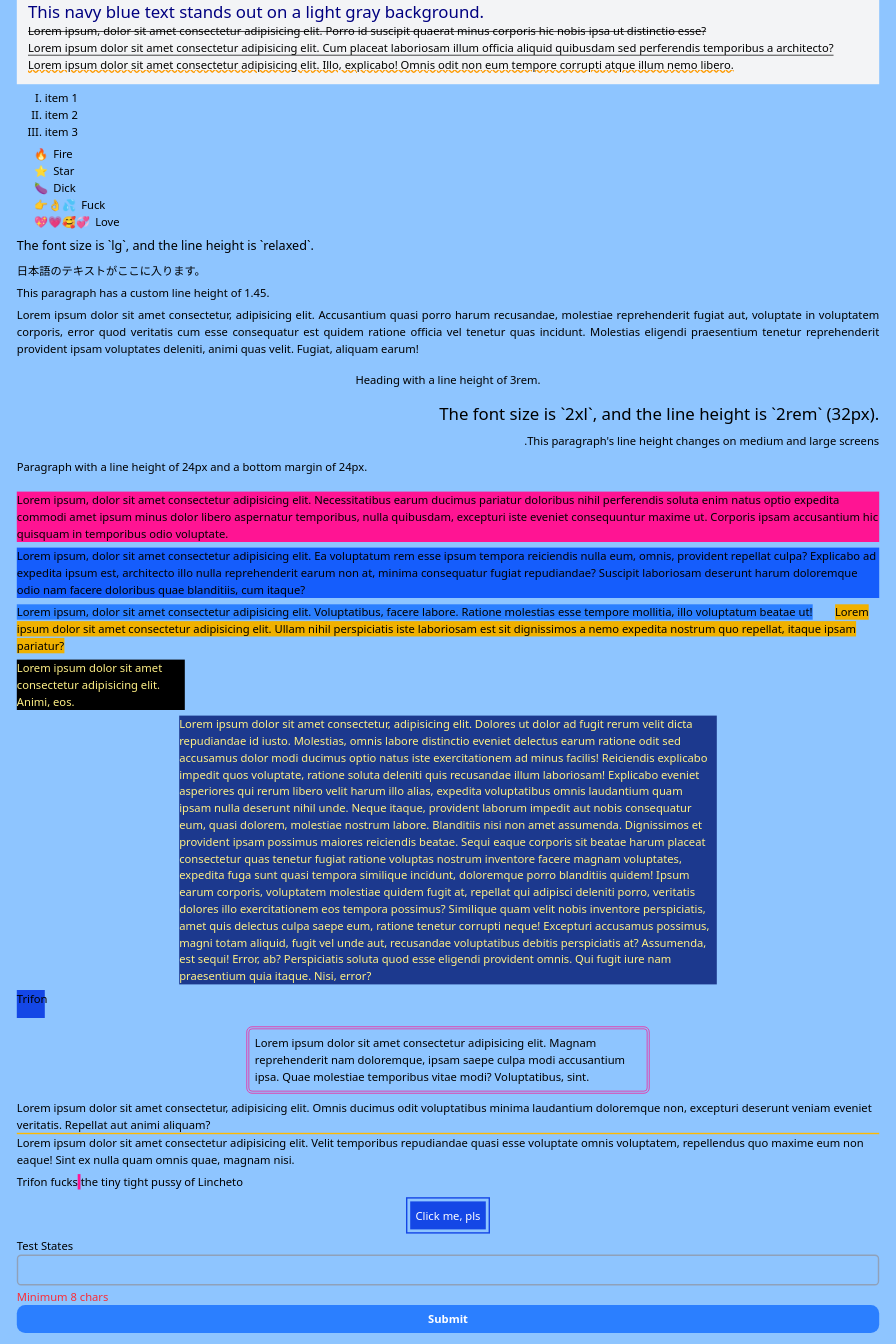
Repository: DinTri/TailwindCss
Page: index.html
These files come from the project's save history. The page is drawn as it stood at one moment and after the next save; the edit follows.
The browser window is 1280 px wide. The pictures show the part of the page from y = 746 to 2666 px (the page is 2666 px tall), at 70% of full size.
Some web fonts or font styles are not loaded; a fallback is used.

Above is the page before, as saved 2025-06-11 23:00:53.

### index.html
<!DOCTYPE html>
<html lang="en">
  <head>
    <meta charset="UTF-8">
    <meta name="viewport" content="width=device-width, initial-scale=1">
    <title>Play with Tailwind</title>
    <link rel="preconnect" href="https://fonts.googleapis.com">
<link rel="preconnect" href="https://fonts.gstatic.com" crossorigin>
<link href="https://fonts.googleapis.com/css2?family=Edu+VIC+WA+NT+Hand+Pre:wght@400..700&display=swap" rel="stylesheet">
    <link rel="stylesheet" href="style.css">
    </head>
  <body class="h-screen bg-blue-300">
    <div class="m-2 p-4 space-y-2">
      <section class="text-center py-6">
  <h1 class="text-5xl leading-tight font-bold">
    Welcome to Our Product
  </h1>
  <p class="text-xl leading-relaxed mt-4">
    Discover features that will change the way you work.
  </p>
</section>
<div class="product-description">
  <h2 class="text-2xl leading-snug">
    Product Features
  </h2>
  <ul class="list-disc pl-5 leading-normal">
    <li>High-quality materials</li>
    <li>Innovative design</li>
    <li>Exceptional performance</li>
  </ul>
</div>
<form class="max-w-md mx-auto">
  <label id="testLabel" class="block text-sm leading-tight mb-2">
    Email Address
  </label>
  <input type="email" aria-labelledby="testLabel" class="w-full border rounded px-3 py-2 mb-4">
  <small class="block text-xs leading-snug text-gray-600">
    We'll never share your email with anyone else.
  </small>
</form>
    <p class="text-3xl leading-none">Lorem ipsum dolor sit amet consectetur adipisicing elit. Nulla, aliquam cupiditate! Blanditiis ipsum, voluptas necessitatibus vel eos suscipit nam possimus ducimus magni consequuntur earum numquam. Omnis ut voluptatum aliquam, architecto sed ad, velit magnam voluptate delectus, a maxime minima at ullam temporibus?</p>
    <p class="text-base leading-normal font-[var(--font-extbold)]">
  This text scales smoothly with font size changes.
</p>
<h1 class="text-4xl leading-10 text-right">
  Precise Heading Alignment
</h1>
<p class="text-2xl font-medium text-[var(--color-deeppink)]">
  This text is deep pink!
</p>
<div class="bg-black p-4">
<p class="text-2xl text-[var(--color-turquoise)]">
  This text uses a custom turquoise color!
</p>
</div>
<div class="bg-gray-100 p-4">
  <p class="text-[#000080] text-2xl">
    This navy blue text stands out on a light gray background.
  </p>
  <p class="line-through">Lorem ipsum, dolor sit amet consectetur adipisicing elit. Porro id suscipit quaerat minus corporis hic nobis ipsa ut distinctio esse?</p>
  <p class="underline underline-offset-4">Lorem ipsum dolor sit amet consectetur adipisicing elit. Cum placeat laboriosam illum officia aliquid quibusdam sed perferendis temporibus a architecto?</p>
  <p class="underline decoration-amber-500 decoration-wavy">Lorem ipsum dolor sit amet consectetur adipisicing elit. Illo, explicabo! Omnis odit non eum tempore corrupti atque illum nemo libero.</p>
</div>
<ul class="list-[upper-roman] p-[revert]">
  <li>item 1</li>
  <li>item 2</li>
  <li>item 3</li>
</ul>
<ul class="list-emoji pl-6">
  <li class="before:content-['🔥'] before:mr-2">Fire</li>
  <li class="before:content-['⭐'] before:mr-2">Star</li>
  <li class="before:content-['🍆'] before:mr-2">Dick</li>
  <li class="before:content-['👉👌💦'] before:mr-2">Fuck</li>
  <li class="before:content-['💖💗🥰💞'] before:mr-2">Love</li>
</ul>
<p class="text-lg/relaxed">
  The font size is `lg`, and the line height is `relaxed`.
</p>
<p class="leading-relaxed" lang="ja">
  日本語のテキストがここに入ります。
</p>
<p class="leading-[1.45]">
  This paragraph has a custom line height of 1.45.
</p>
<p class="text-justify">Lorem ipsum dolor sit amet consectetur, adipisicing elit. Accusantium quasi porro harum recusandae, molestiae reprehenderit fugiat aut, voluptate in voluptatem corporis, error quod veritatis cum esse consequatur est quidem ratione officia vel tenetur quas incidunt. Molestias eligendi praesentium tenetur reprehenderit provident ipsam voluptates deleniti, animi quas velit. Fugiat, aliquam earum!</p>
<h1 class="leading-[3rem] text-center">
  Heading with a line height of 3rem.
</h1>
<p class="text-2xl/8 text-end">
  The font size is `2xl`, and the line height is `2rem` (32px).
</p>
<p class="leading-normal md:leading-relaxed lg:leading-loose text-start" dir="rtl">
  This paragraph's line height changes on medium and large screens.
</p>
<p class="text-base leading-6 mb-6">
  Paragraph with a line height of 24px and a bottom margin of 24px.
</p>
<div class="space-y-2">
  <p class="bg-[var(--color-deeppink)]">Lorem ipsum, dolor sit amet consectetur adipisicing elit. Necessitatibus earum ducimus pariatur doloribus nihil perferendis soluta enim natus optio expedita commodi amet ipsum minus dolor libero aspernatur temporibus, nulla quibusdam, excepturi iste eveniet consequuntur maxime ut. Corporis ipsam accusantium hic quisquam in temporibus odio voluptate.</p>
  <p class="bg-blue-600">Lorem ipsum, dolor sit amet consectetur adipisicing elit. Ea voluptatum rem esse ipsum tempora reiciendis nulla eum, omnis, provident repellat culpa? Explicabo ad expedita ipsum est, architecto illo nulla reprehenderit earum non at, minima consequatur fugiat repudiandae? Suscipit laboriosam deserunt harum doloremque odio nam facere doloribus quae blanditiis, cum itaque?</p>
</div>
<div class="space-x-8">
  <span class="bg-blue-500">Lorem ipsum, dolor sit amet consectetur adipisicing elit. Voluptatibus, facere labore. Ratione molestias esse tempore mollitia, illo voluptatum beatae ut!</span><span class="bg-yellow-500">Lorem ipsum dolor sit amet consectetur adipisicing elit. Ullam nihil perspiciatis iste laboriosam est sit dignissimos a nemo expedita nostrum quo repellat, itaque ipsam pariatur?</span>
</div>
<p class="bg-black text-yellow-200 w-60">Lorem ipsum dolor sit amet consectetur adipisicing elit. Animi, eos.</p>
<div class="bg-blue-900 text-yellow-200 max-w-screen-md mx-auto">Lorem ipsum dolor sit amet consectetur, adipisicing elit. Dolores ut dolor ad fugit rerum velit dicta repudiandae id iusto. Molestias, omnis labore distinctio eveniet delectus earum ratione odit sed accusamus dolor modi ducimus optio natus iste exercitationem ad minus facilis! Reiciendis explicabo impedit quos voluptate, ratione soluta deleniti quis recusandae illum laboriosam! Explicabo eveniet asperiores qui rerum libero velit harum illo alias, expedita voluptatibus omnis laudantium quam ipsam nulla deserunt nihil unde. Neque itaque, provident laborum impedit aut nobis consequatur eum, quasi dolorem, molestiae nostrum labore. Blanditiis nisi non amet assumenda. Dignissimos et provident ipsam possimus maiores reiciendis beatae. Sequi eaque corporis sit beatae harum placeat consectetur quas tenetur fugiat ratione voluptas nostrum inventore facere magnam voluptates, expedita fuga sunt quasi tempora similique incidunt, doloremque porro blanditiis quidem! Ipsum earum corporis, voluptatem molestiae quidem fugit at, repellat qui adipisci deleniti porro, veritatis dolores illo exercitationem eos tempora possimus? Similique quam velit nobis inventore perspiciatis, amet quis delectus culpa saepe eum, ratione tenetur corrupti neque! Excepturi accusamus possimus, magni totam aliquid, fugit vel unde aut, recusandae voluptatibus debitis perspiciatis at? Assumenda, est sequi! Error, ab? Perspiciatis soluta quod esse eligendi provident omnis. Qui fugit iure nam praesentium quia itaque. Nisi, error?</div>
<div class="bg-blue-700 size-10 mb-3">Trifon</div>
<p class="max-w-xl mx-auto border-4 border-[#ff1493] border-double rounded-lg p-2">Lorem ipsum dolor sit amet consectetur adipisicing elit. Magnam reprehenderit nam doloremque, ipsam saepe culpa modi accusantium ipsa. Quae molestiae temporibus vitae modi? Voluptatibus, sint.</p>
<div class="divide-y-2 divide-amber-400">
  <p class="">Lorem ipsum dolor sit amet consectetur, adipisicing elit. Omnis ducimus odit voluptatibus minima laudantium doloremque non, excepturi deserunt veniam eveniet veritatis. Repellat aut animi aliquam?</p>
  <p class="">Lorem ipsum dolor sit amet consectetur adipisicing elit. Velit temporibus repudiandae quasi esse voluptate omnis voluptatem, repellendus quo maxime eum non eaque! Sint ex nulla quam omnis quae, magnam nisi.</p>
</div>
<div class="divide-x-4 divide-[#ff1493] mb-4"><span>Trifon fucks</span><span>the tiny tight pussy of Lincheto</span></div>
<button class="outline-2 outline-blue-700 outline-offset-4 p-2 flex items-center justify-center mx-auto bg-blue-700 text-white mb-3 cursor-pointer">Click me, pls</button>
<form class="">
  <div>
  <label for="my">Test States</label>
  <input type="text" id="my" class="w-full border-slate-400 border-2 rounded-md px-3 py-2 mb-1" />
  <p class="text-red-500">Minimum 8 chars</p>
  <button type="submit" class="w-full bg-blue-500 text-white px-3 py-2 cursor-pointer rounded-xl font-semibold">Submit</button>
  </div>
</form>
  </div>
  </body>
</html>

Loaded but not shown: style.css (2230 lines, source omitted)

After the next save:
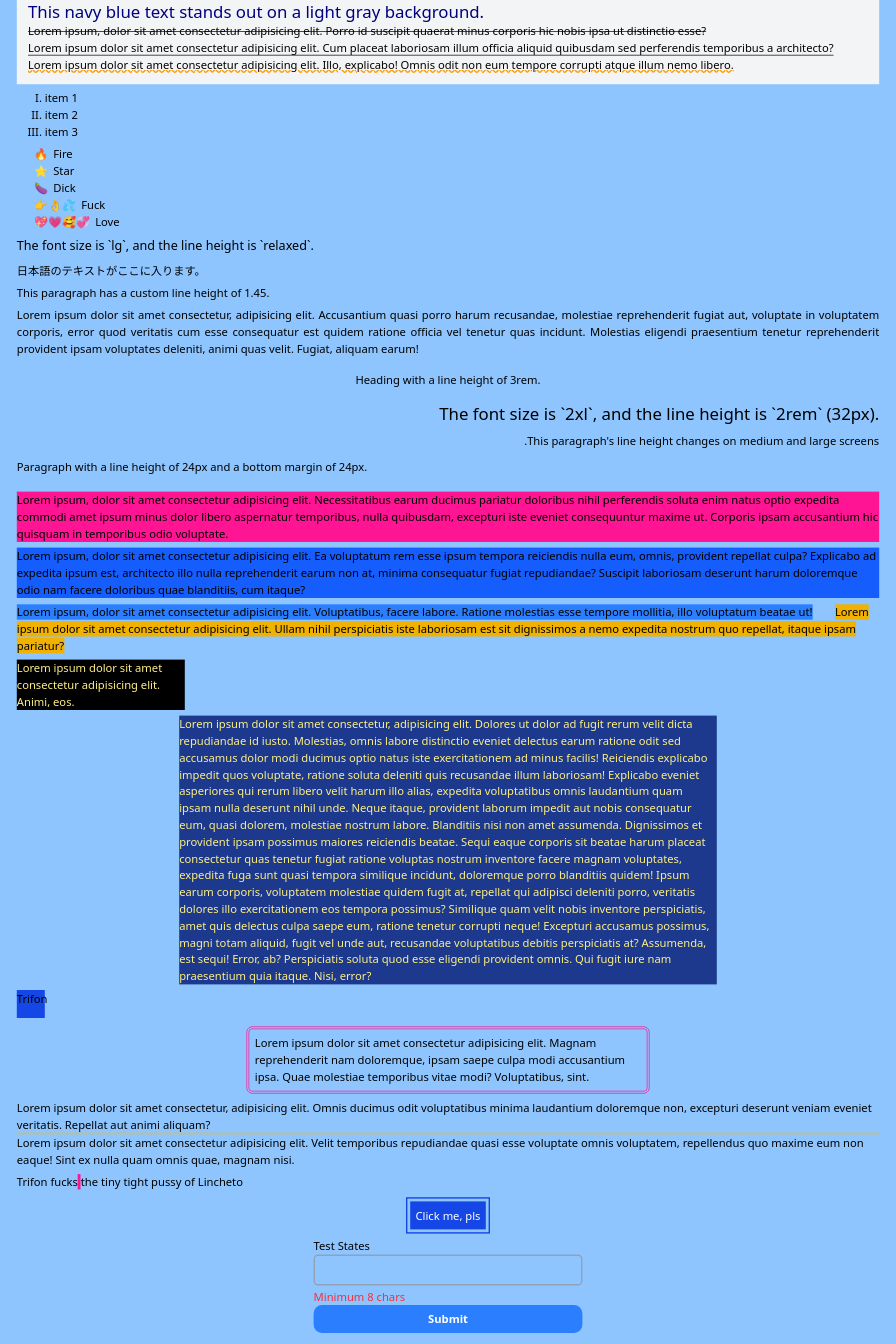
Saved 54 s later.
--- a/index.html
+++ b/index.html
@@ -112,7 +112,7 @@
 </div>
 <div class="divide-x-4 divide-[#ff1493] mb-4"><span>Trifon fucks</span><span>the tiny tight pussy of Lincheto</span></div>
 <button class="outline-2 outline-blue-700 outline-offset-4 p-2 flex items-center justify-center mx-auto bg-blue-700 text-white mb-3 cursor-pointer">Click me, pls</button>
-<form class="">
+<form class="max-w-sm mx-auto">
   <div>
   <label for="my">Test States</label>
   <input type="text" id="my" class="w-full border-slate-400 border-2 rounded-md px-3 py-2 mb-1" />
